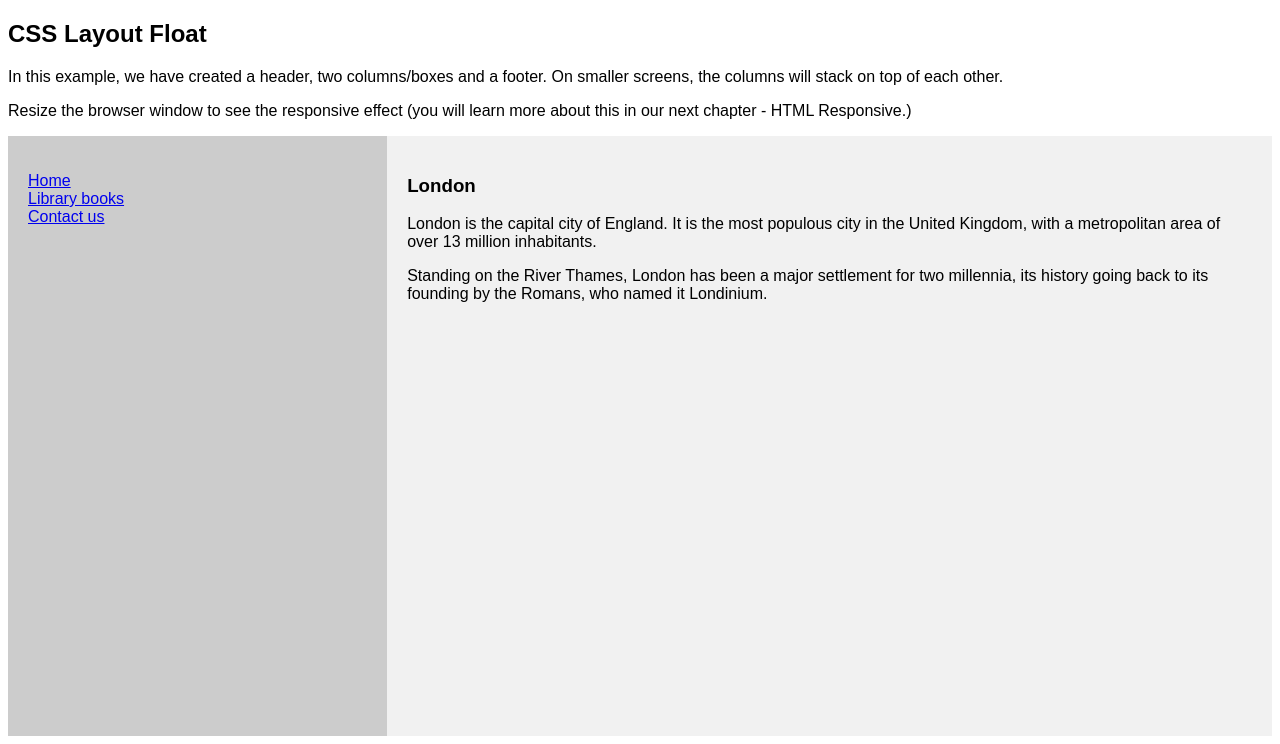
Repository: sandunigayanjali/Library_System
Page: http://localhost/library_management/bookProfille.jsp
The author's editor kept a copy of each file at every save. The page is drawn from the files as they stood at one save, then again after the next save.
The browser window is 1280 px wide. The pictures show the whole page.
The page is served by Tomcat 9.

Above is the page before, as saved 2018-11-24 10:52:33.

### library management/WebContent/bookProfille.jsp
<%@ page language="java" contentType="text/html; charset=ISO-8859-1"
    pageEncoding="ISO-8859-1"%>
<!DOCTYPE html PUBLIC "-//W3C//DTD HTML 4.01 Transitional//EN" "http://www.w3.org/TR/html4/loose.dtd">
<html>
<head>
<meta http-equiv="Content-Type" content="text/html; charset=ISO-8859-1">
<meta charset="utf-8">
<meta name="viewport" content="width=device-width, initial-scale=1">
<title>Insert title here</title>

<style>
* {
    box-sizing: border-box;
}

body {
    font-family: Arial, Helvetica, sans-serif;
}

/* Style the header */
header {
    background-color: #666;
    padding: 30px;
    text-align: center;
    font-size: 35px;
    color: white;
}

/* Create two columns/boxes that floats next to each other */
nav {
    float: left;
    width: 30%;
    height: 600px; /* only for demonstration, should be removed */
    background: #ccc;
    padding: 20px;
}

/* Style the list inside the menu */
nav ul {
    list-style-type: none;
    padding: 0;
}

article {
    float: left;
    padding: 20px;
    width: 70%;
    background-color: #f1f1f1;
    height: 600px; /* only for demonstration, should be removed */
}

/* Clear floats after the columns */
section:after {
    content: "";
    display: table;
    clear: both;
}



/* Responsive layout - makes the two columns/boxes stack on top of each other instead of next to each other, on small screens */
@media (max-width: 600px) {
    nav, article {
        width: 100%;
        height: 100%;
    }
}
</style>


</head>
<body>

<h2>CSS Layout Float</h2>
<p>In this example, we have created a header, two columns/boxes and a footer. On smaller screens, the columns will stack on top of each other.</p>
<p>Resize the browser window to see the responsive effect (you will learn more about this in our next chapter - HTML Responsive.)</p>


<section>
  <nav>
    <ul>
      <li><a href="#">Home</a></li>
      <li><a href="#">Library books</a></li>
      <li><a href="#">Contact us</a></li>
    </ul>
  </nav>

  <article>
    <h1>London</h1>
    <p>London is the capital city of England. It is the most populous city in the  United Kingdom, with a metropolitan area of over 13 million inhabitants.</p>
    <p>Standing on the River Thames, London has been a major settlement for two millennia, its history going back to its founding by the Romans, who named it Londinium.</p>
  </article>
</section>

</body>
</html>

After the next save:
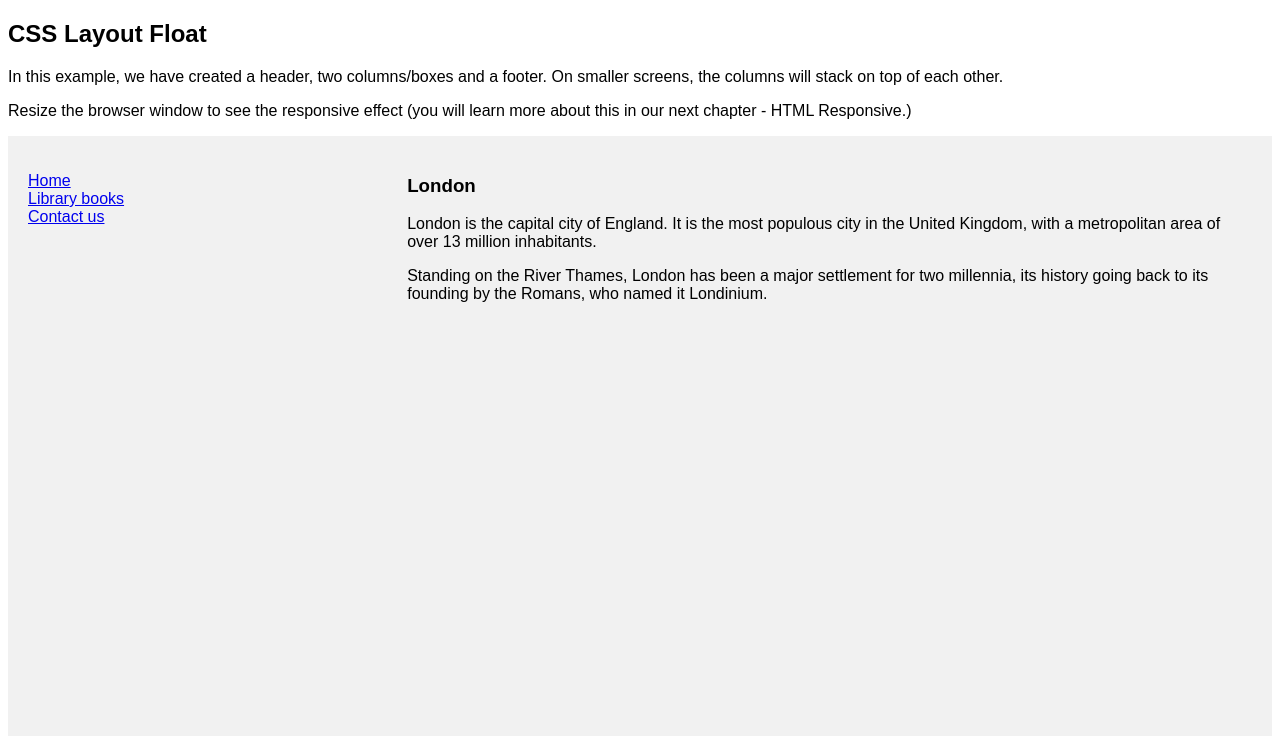
Saved 44 min 6 s later.
--- a/library management/WebContent/bookProfille.jsp
+++ b/library management/WebContent/bookProfille.jsp
@@ -31,7 +31,7 @@ nav {
     float: left;
     width: 30%;
     height: 600px; /* only for demonstration, should be removed */
-    background: #ccc;
+    background: #f1f1f1;
     padding: 20px;
 }
 
